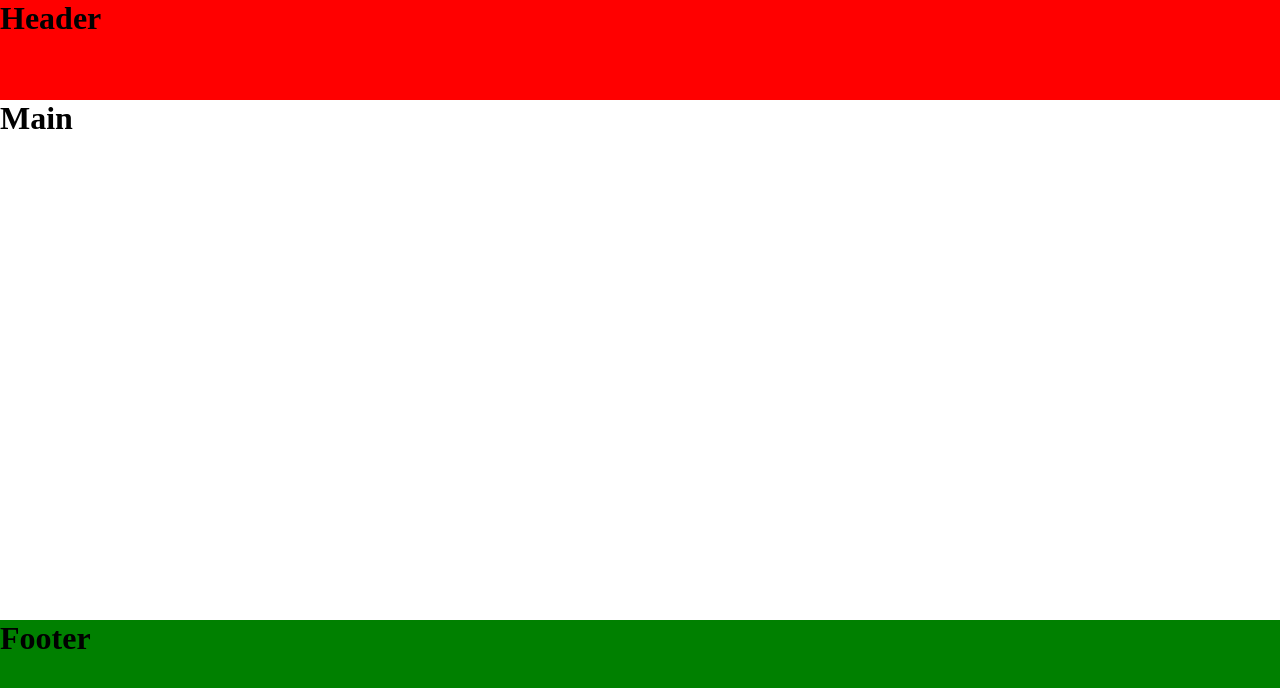
Repository: jameswilky/chess
Page: index.html
The author's editor kept a copy of each file at every save. The page is drawn from the files as they stood at one save, then again after the next save.
The browser window is 1280 px wide. The pictures show the whole page.

Above is the page before, as saved 2018-11-21 20:32:05.
Console error: TypeError: Cannot read properties of null (reading 'getContext')

### index.html
<!DOCTYPE html>
<html>

<head>
    <meta charset="utf-8" />
    <title>Chess</title>
    <link href="style.css" rel="stylesheet">
</head>

<body>

    <div class="wrapper">
        <header>
            <h1>Header</h1>

        </header>
    </div>
    <div class="game">
        <h1>Main</h1>
        <!-- <canvas id="board"></canvas>
        <canvas id="markers"></canvas>
        <canvas id="chessmen_layer"></canvas> -->
    </div>
    <footer>
        <h1>Footer</h1>
    </footer>
    </div>





</body>

<script src="board.js"></script>
<script src="chessmen.js"></script>
<script src="mouse.js"></script>
<script src="game.js"></script>

</html>

### style.css
* {
  padding: 0;
  margin: 0;
}

.game{
  position: absolute;
  height: 480px;
  width: 480px;
  grid-area: game;
  top:100px;
  bottom:100px;
}

#board {
  left : 0; z-index:0; position: absolute;
}

#markers {
  left : 0; z-index:0; position: absolute;
}

#chessmen_layer {
 left : 0; z-index:1; position: absolute;
}

header{
  position: absolute;
  background-color: red;
  top:0;
  right: 0;
  left: 0;
  height: 100px;
}

footer{
  position: absolute;
  right: 0;
  left: 0;
  background-color: green;
  height: 100px;
  bottom: 0;
}

### board.js
//Define globals
const WIDTH = 480;
const HEIGHT = 480;
const N = 8;
const TILE_SIZE = HEIGHT / N; // 60

//Define board canvas
const board = document.getElementById("board");
const board_ctx = board.getContext("2d");
board.height = HEIGHT;
board.width = WIDTH;
let primary_color = "#a87e2b";
let secondary_color = "#ffdf9e";

//Define marker layer
const markers = document.getElementById("markers");
const markers_ctx = markers.getContext("2d");
markers.height = HEIGHT;
markers.width = WIDTH;

//Define chessmen layer
const chessmen_layer = document.getElementById("chessmen_layer");
const chessmen_ctx = chessmen_layer.getContext("2d");
chessmen_layer.height = HEIGHT;
chessmen_layer.width = WIDTH;

//Used for drawing
function drawRect(ctx, x, y, color) {
  ctx.beginPath();
  ctx.rect(x, y, TILE_SIZE, TILE_SIZE);
  ctx.fillStyle = color;
  ctx.fill();
  ctx.closePath();
}

function initialize_board() {
  // Initialize graphical and logical board
  let i, j, x, y = 0;
  let prev_color;
  for (i = 0; i < N; i++) {
    y = TILE_SIZE * i;
    if (i % 2 == 0) { //If even, start with a black grid
      prev_color = secondary_color;
    }
    else { //If odd, start with a #ffcf7c grid
      prev_color = primary_color;
    }
    for (j = 0; j < N; j++) {
      x = TILE_SIZE * j;

      if (prev_color == primary_color) { //If last block black, make this block #ffcf7c
        prev_color = secondary_color;
      }
      else if (prev_color == secondary_color) { //If last block #ffcf7c, make this block black
        prev_color = primary_color;
      }
      drawRect(board_ctx, x, y, prev_color);

    }
  }
}

### chessmen.js
let chessmen = []; // Hold living chest piece objects

// Populate list of current chess pieces
function init_chessmen(items) {
  for (let id = 0; id < items.length; id++) {
    chessmen[id] = new Chessman(id, items[id].type, items[id].row, items[id].col, items[id].faction);
    chessmen[id].render(chessmen_ctx);
  }
}

//Chest piece constructor
function Chessman(id, type, row, col, faction) {
  this.name = type + "_" + faction + "_" + id;
  this.id = id;
  this.type = type;
  this.position = {
    logical: { col: col, row: row },
    graphical: { //calculate position of chest piece
      x: (col * TILE_SIZE), y: (row * TILE_SIZE)
    }
  }
  this.faction = faction;
  this.sprite = "/images/" + type + "_" + faction + ".png";
  this.options = []; // holds objects containing possible locations to move
  this.render = function () {
    //Draws the chest piece
    let img = new Image();
    let x = this.position.graphical.x;
    let y = this.position.graphical.y;
    console.log(x, y)

    img.onload = function () {
      //Loads when img.src is called
      chessmen_ctx.beginPath();
      chessmen_ctx.drawImage(img, x, y);
      chessmen_ctx.closePath();
    }
    img.src = this.sprite;
  }
  this.derender = function () {
    chessmen_ctx.beginPath();
    chessmen_ctx.clearRect(this.position.graphical.x, this.position.graphical.y, TILE_SIZE, TILE_SIZE);
    chessmen_ctx.closePath();
  }
  this.calculate_movement_options = function () {
    //This function is used to determine the coordinates of each possible move for a selected tile
    this.options = []; //clear last options
    let j = 0;
    let i = 0; //used to iterate through list of options
    //console.log(type, faction, row, col)
    let r = this.position.logical.row;
    let c = this.position.logical.col;

    let options = this.options;

    function check_tile(row, col, diag, isPawn) {
      //diag is an optional variable for pawn sideways movement logic
      diag = diag || false;
      isPawn = isPawn || false;

      //Checks the status of the board to see if the chessman can move to selected tile

      let option = {}; //edited, used to hold {faction:faction}
      //Check tile does not exceed bounds of the board
      if (row > 7 || row < 0 || col > 7 || col < 0) {
        return false;
      }

      //Check if target tile contains a chessman of same faction
      let isFriendly = false;
      let isEnemy = false;

      chessmen.forEach(chessman => {
        if (chessman.position.logical.row == row && chessman.position.logical.col == col) { //Check if position is occupied
          if (chessman.faction == faction) {
            isFriendly = true;
          }
          else { //tile is occupied by enemy
            isEnemy = true;
          }
          option.contains = chessman;
        }
      })

      //pawn logic
      if (diag && isEnemy) {
        option.row = row;
        option.col = col;
        options[i] = option;
        i++;
      }
      if (diag && !isEnemy) {
        return
      }

      //if tile does not contain friendly chessmen, or if its an enemy create new option
      if (!isFriendly || isEnemy) {
        option.row = row;
        option.col = col;
        options[i] = option;
        i++;
      }
      return isFriendly || isEnemy;

    }

    if (this.type == "pawn") {
      if (this.faction == "black") {
        check_tile(r + 1, c);//south
        check_tile(r + 1, c + 1, true) // south East
        check_tile(r + 1, c - 1, true) //south West
        if (this.nMoves == 0) {
          check_tile(r + 2, c); //Extra move on first turn
        }
      }
      if (this.faction == "white") {
        check_tile(r - 1, c); //north
        check_tile(r - 1, c + 1, true) // North East
        check_tile(r - 1, c - 1, true) //North West
        if (this.nMoves == 0) {
          check_tile(r - 2, c); //Extra move on first turn
        }
      }
    }
    if (this.type == "rook") {
      for (j = 0; j < N; j++) {// South
        if (check_tile(r + j + 1, c) == true) break
      }
      for (j = 0; j < N; j++) {// East
        if (check_tile(r, c + j + 1) == true) break
      }
      for (j = 0; j < N; j++) {// North
        if (check_tile(r - j - 1, c) == true) break
      }
      for (j = 0; j < N; j++) {// West
        if (check_tile(r, c - j - 1) == true) break
      }
    }
    if (this.type == "bishop") {
      for (j = 0; j < N; j++) { // South East
        if (check_tile(r + 1 + j, c + 1 + j) == true) break
      }
      for (j = 0; j < N; j++) { // South West
        if (check_tile(r + 1 + j, c - 1 - j) == true) break
      }
      for (j = 0; j < N; j++) { // North East
        if (check_tile(r - 1 - j, c + 1 + j) == true) break
      }
      for (j = 0; j < N; j++) { // North west
        if (check_tile(r - 1 - j, c - 1 - j) == true) break
      }
    }
    if (this.type == "queen") {
      for (j = 0; j < N; j++) { // South East
        if (check_tile(r + 1 + j, c + 1 + j) == true) break
      }
      for (j = 0; j < N; j++) { // South West
        if (check_tile(r + 1 + j, c - 1 - j) == true) break
      }
      for (j = 0; j < N; j++) { // North East
        if (check_tile(r - 1 - j, c + 1 + j) == true) break
      }
      for (j = 0; j < N; j++) { // North west
        if (check_tile(r - 1 - j, c - 1 - j) == true) break
      }
      for (j = 0; j < N; j++) {// South
        if (check_tile(r + j + 1, c) == true) break
      }
      for (j = 0; j < N; j++) {// East
        if (check_tile(r, c + j + 1) == true) break
      }
      for (j = 0; j < N; j++) {// North
        if (check_tile(r - j - 1, c) == true) break
      }
      for (j = 0; j < N; j++) {// West
        if (check_tile(r, c - j - 1) == true) break
      }
    }
    if (this.type == "king") {
      check_tile(r + 1, c + 1) //South East
      check_tile(r + 1, c - 1) //South West
      check_tile(r - 1, c + 1) // North East
      check_tile(r - 1, c - 1) //North West
      check_tile(r + 1, c) //south
      check_tile(r, c + 1) //east
      check_tile(r - 1, c) //north
      check_tile(r, c - 1) //west

    }
    if (this.type == "knight") {
      // Check each tile in clockwise order
      check_tile(r - 2, c + 1)
      check_tile(r - 1, c + 2)
      check_tile(r + 1, c + 2)
      check_tile(r + 2, c + 1)
      check_tile(r + 2, c - 1)
      check_tile(r + 1, c - 2)
      check_tile(r - 1, c - 2)
      check_tile(r - 2, c - 1)
    }

    //return array of options containing locations to highlight

  }
  this.show_movement_options = function () {
    this.options.forEach(option => {
      //Represent each available movement option with a highlighted tile
      drawRect(markers_ctx, (option.col * TILE_SIZE), (option.row * TILE_SIZE), "#635e55");
    })
  }
  this.hover = false;
  this.isKing = false;
  if (this.type == "king") {
    this.isKing = true;
  }

  this.nMoves = 0;
  this.points;
  if (this.type == "king") {
    this.points = 10;
  }
  if (this.type == "queen") {
    this.points = 9;
  }
  if (this.type == "bishop") {
    this.points = 3;
  }
  if (this.type == "knight") {
    this.points = 3;
  }
  if (this.type == "rook") {
    this.points = 5;
  }
  if (this.type == "pawn") {
    this.points = 1;
  }

  //Update graphical and logical position
  this.moveTo = function (col, row) {


    function moveIsValid(r1, r2, c1, c2, options) {
      let valid = false;

      if ((r1 == r2) && (c1 == c2)) {
        // if logical position is the same, no move was made
        valid = false;
      }
      options.forEach(option => {
        if (option.row == r2 && option.col == c2) {
          //todo check faction
          valid = true;
        }
      })
      return valid
    }

    if (moveIsValid(this.position.logical.row, row, this.position.logical.col, col, this.options)) {
      //If valid, Check if enemy chessman has been killed
      //check if desination contains an enemy
      let target = chessmen.find(chessman => {
        return (chessman.position.logical.row == row && chessman.position.logical.col == col)
      })

      // then render at new position and update logical position
      //console.log("Changed position of", chessman, "from row:", chessman.position.logical.row, " col:", chessman.position.logical.col, " to row:", row, "col:", col)

      this.derender(); //De render previous position
      this.position.logical.col = col;
      this.position.logical.row = row;
      this.position.graphical.x = this.position.logical.col * TILE_SIZE;
      this.position.graphical.y = this.position.logical.row * TILE_SIZE;
      this.derender(); //remove any chess pieces
      this.render();

      //If destination contains emeny, remove it from list of active chessmen
      if (target) {
        chessmen.splice(chessmen.indexOf(target), 1);
      }

      this.nMoves++; //used to testing if pawn is moved
      // // trigger movement event
      let event = new CustomEvent('moved');
      document.dispatchEvent(event);
    }
    else {
      //re-render original position
      this.render();
    }
  }
}

// Update location of chest pieces
function render_markers() {
  //Clear all markers
  markers_ctx.clearRect(0, 0, HEIGHT, WIDTH);

  //find chessman that matches mouse location and show movement markers
  chessmen.forEach(chessman => {
    if (chessman.hover == true) {
      chessman.show_movement_options();
    }
  });


}

### mouse.js
let dragging = false;
let selector = document.createElement("img");
;

selector.ondragstart = function () {
  return false;
};

//Compare two row/col coordinates
function coordsMatch(coord, piece) {
  let xmin = piece.x;
  let xmax = piece.x + TILE_SIZE;

  let ymin = piece.y;
  let ymax = piece.y + TILE_SIZE;

  if (
    (coord.x >= xmin) &&
    (coord.x < xmax) &&
    (coord.y >= ymin) &&
    (coord.y < ymax)
  ) {
    return true
  }
}

//Listen for when we hover over a chest piece, then draw the movement options
chessmen_layer.addEventListener('mousemove', (e) => {
  if (dragging == false) {
    let pos = {
      x: e.clientX,
      y: e.clientY
    };
    //Check all chessmen and check if clicked location matches a chessman location
    chessmen.forEach(chessman => {
      if (coordsMatch(pos, chessman.position.graphical)) {
        //If true, select that chessman
        chessman.hover = true;
      }
      else {
        //Otherwise, that chessman was not selected
        chessman.hover = false;
      }
    })
    render_markers();
  }
})

//Click and drag chessmen
chessmen_layer.addEventListener('mousedown', (e) => {

  dragging = true; //stop markers rendering while dragging pieces
  let pos = {
    x: e.clientX,
    y: e.clientY
  }
  //Check all chessmen and check if clicked location matches a chessman location
  chessmen.forEach(chessman => {
    if (coordsMatch(pos, chessman.position.graphical)) {
      if (chessman.faction == "black") {
        dragging = false;
        return
      }
      //If true, derender chessman from chessman_layer, and redraw on selector layer
      chessman.derender();

      //draw selector
      selector.style.position = 'absolute';
      selector.src = chessman.sprite;
      selector.id = 'selector';
      document.body.append(selector);

      //center selector at mouse locaiton
      moveAt(pos.x, pos.y);

      function moveAt(x, y) {
        selector.style.left = x - TILE_SIZE / 2 + 'px';
        selector.style.top = y - TILE_SIZE / 2 + 'px';
      }

      function onMouseMove(moveEvent) {
        moveAt(moveEvent.clientX, moveEvent.clientY);
      }

      // selector will follow mouse on movement
      document.addEventListener('mousemove', onMouseMove);


      // drop the selector, remove unneeded handlers
      chessmen_layer.onmouseup = function (upevent) {
        document.removeEventListener('mousemove', onMouseMove);

        //clear selector
        selector.src = ""
        // console.log("before", document.getElementById('selector'))
        // document.body.removeChild(document.getElementById('selector'))
        // console.log("after", document.getElementById('selector'))

        //convert mouse pos to a row/col logical value
        let dest = {
          x: Math.trunc(upevent.clientX / TILE_SIZE),
          y: Math.trunc(upevent.clientY / TILE_SIZE)
        }

        //console.log("Event 1")
        dragging = false; // allow marker rendering to continue
        chessmen_layer.onmouseup = null;
        //Update chessman logical location and snap to grid
        chessman.moveTo(dest.x, dest.y)
      };
    }
  })
})

### game.js
//Initialize default locations
let default_locations = [
  { tile: 0, type: "rook", row: 0, col: 0, faction: "black" },
  { tile: 1, type: "knight", row: 0, col: 1, faction: "black" },
  { tile: 2, type: "bishop", row: 0, col: 2, faction: "black" },
  { tile: 3, type: "king", row: 0, col: 3, faction: "black" },
  { tile: 4, type: "queen", row: 0, col: 4, faction: "black" },
  { tile: 5, type: "bishop", row: 0, col: 5, faction: "black" },
  { tile: 6, type: "knight", row: 0, col: 6, faction: "black" },
  { tile: 7, type: "rook", row: 0, col: 7, faction: "black" },
  { tile: 8, type: "pawn", row: 1, col: 0, faction: "black" },
  { tile: 9, type: "pawn", row: 1, col: 1, faction: "black" },
  { tile: 10, type: "pawn", row: 1, col: 2, faction: "black" },
  { tile: 11, type: "pawn", row: 1, col: 3, faction: "black" },
  { tile: 12, type: "pawn", row: 1, col: 4, faction: "black" },
  { tile: 13, type: "pawn", row: 1, col: 5, faction: "black" },
  { tile: 14, type: "pawn", row: 1, col: 6, faction: "black" },
  { tile: 15, type: "pawn", row: 1, col: 7, faction: "black" },

  { tile: 48, type: "pawn", row: 6, col: 0, faction: "white" },
  { tile: 49, type: "pawn", row: 6, col: 1, faction: "white" },
  { tile: 50, type: "pawn", row: 6, col: 2, faction: "white" },
  { tile: 51, type: "pawn", row: 6, col: 3, faction: "white" },
  { tile: 52, type: "pawn", row: 6, col: 4, faction: "white" },
  { tile: 53, type: "pawn", row: 6, col: 5, faction: "white" },
  { tile: 54, type: "pawn", row: 6, col: 6, faction: "white" },
  { tile: 55, type: "pawn", row: 6, col: 7, faction: "white" },
  { tile: 56, type: "rook", row: 7, col: 0, faction: "white" },
  { tile: 57, type: "knight", row: 7, col: 1, faction: "white" },
  { tile: 58, type: "bishop", row: 7, col: 2, faction: "white" },
  { tile: 59, type: "king", row: 7, col: 3, faction: "white" },
  { tile: 60, type: "queen", row: 7, col: 4, faction: "white" },
  { tile: 61, type: "bishop", row: 7, col: 5, faction: "white" },
  { tile: 62, type: "knight", row: 7, col: 6, faction: "white" },
  { tile: 63, type: "rook", row: 7, col: 7, faction: "white" },

]

let turn = 0;
let IsWhiteTurn = false;
let IsBlackTurn = false;
let game = true;
let AIOptions = [];


function set_turn() {
  if (turn % 2 == 0) {
    IsWhiteTurn = true;
    IsBlackTurn = false;
    //console.log("White players turn")
  }
  else {
    IsBlackTurn = true;
    IsWhiteTurn = false;
    //console.log("Black players turn")
  }
  turn += 1;
}

function determineAIOptions() {
  let AIOptions = [];
  let i = 0;
  chessmen.forEach(chessman => {
    if (chessman.faction == 'black') {
      chessman.options.forEach(option => {
        let AIOption = {}; //dereference object
        AIOption.row = option.row;
        AIOption.col = option.col;
        if (option.contains) {
          AIOption.points = option.contains.points;
        }
        AIOption.chessman = chessman;
        AIOptions[i] = AIOption;
        i++;
      })
    }
  })
  return AIOptions;

}

function AIMove(options) {
  let max = 0;
  let choice = {};
  options.forEach(option => {
    if (option.points) {
      if (option.points > max) {
        max = option.points;
        choice = option;
      }
    }
  })
  if (max == 0) {
    choice = options[Math.floor(Math.random() * options.length)];  //Return a random choice
  }
  choice.chessman.moveTo(choice.col, choice.row)
  //calculate AI
}


//Set up board
initialize_board();
init_chessmen(default_locations);
chessmen.forEach(chessman => {
  chessman.calculate_movement_options();
})
set_turn();
function checkKing() {
  let kings = chessmen.filter(chessman => chessman.isKing == true)
  if (kings.length == 1) {
    alert(kings[0].faction + " Wins!!!")
  }
}

// Listen for movement
document.addEventListener('moved', function (event) {
  //check if king died last turn;
  checkKing();
  set_turn();
  //Calculate new movement positiifons
  chessmen.forEach(chessman => {
    chessman.calculate_movement_options();
  })

  if (IsBlackTurn) {
    //Run black turn AI
    chessmen.forEach(chessman => {
      chessman.calculate_movement_options(); //assign new options
    })
    AIOptions = determineAIOptions();
    AIMove(AIOptions);
  }
}, false);

After the next save:
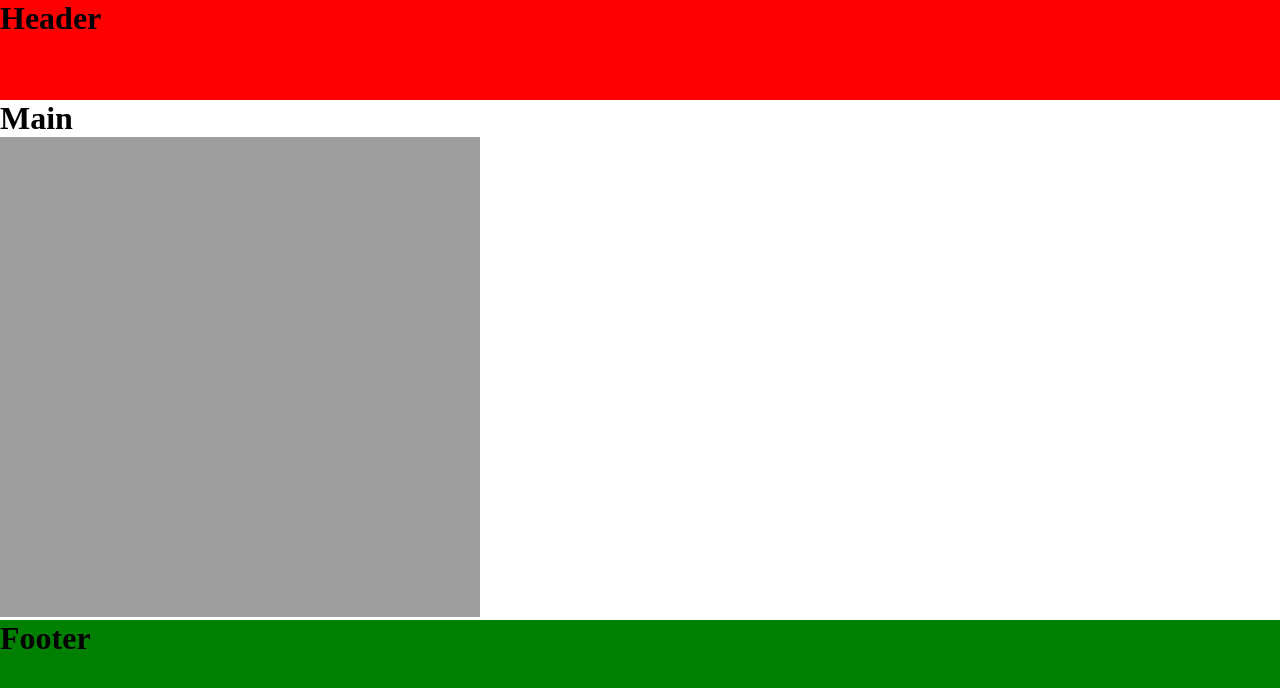
The error is gone.
Saved 21 s later.
--- a/index.html
+++ b/index.html
@@ -17,9 +17,9 @@
     </div>
     <div class="game">
         <h1>Main</h1>
-        <!-- <canvas id="board"></canvas>
+        <canvas id="board"></canvas>
         <canvas id="markers"></canvas>
-        <canvas id="chessmen_layer"></canvas> -->
+        <canvas id="chessmen_layer"></canvas>
     </div>
     <footer>
         <h1>Footer</h1>
